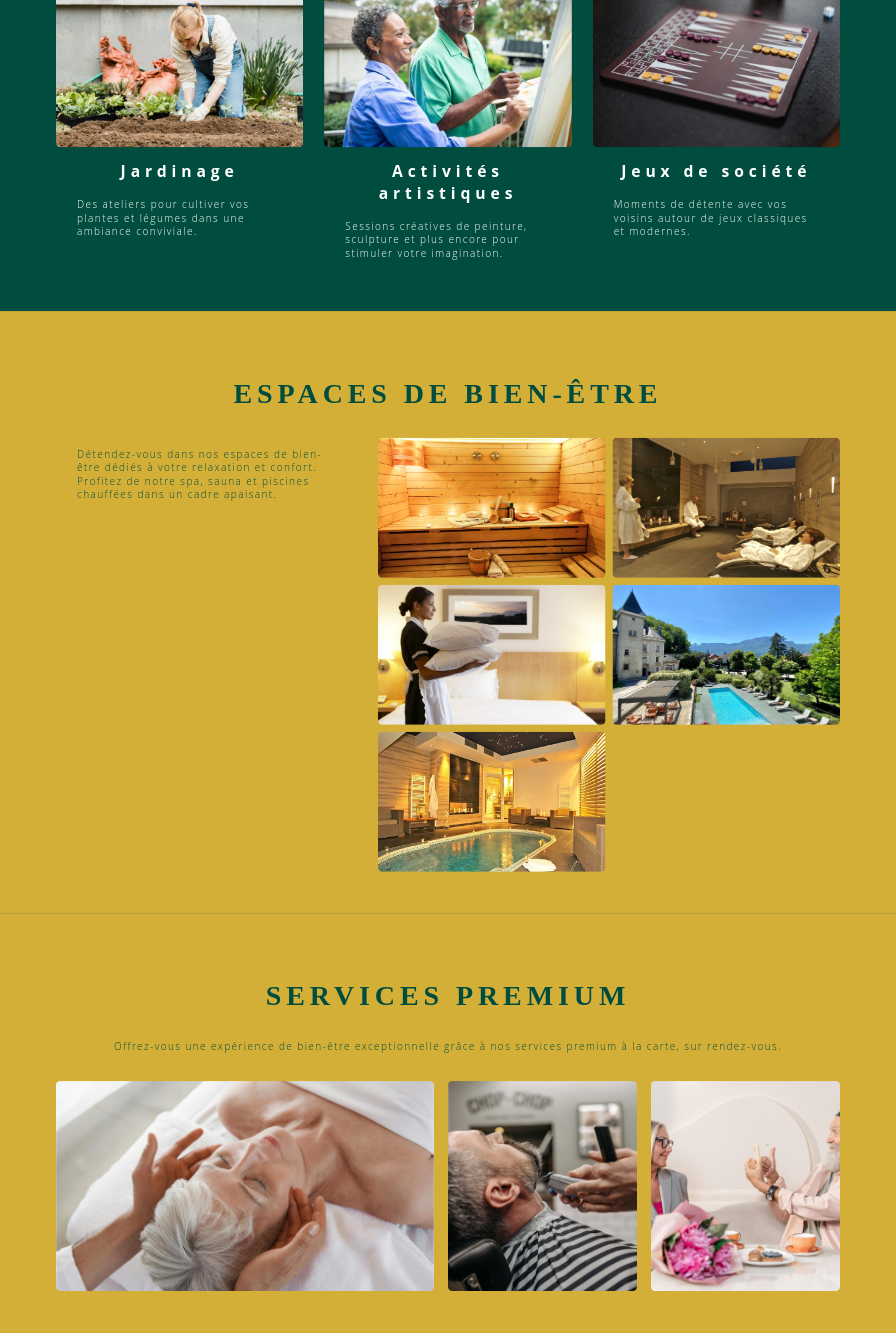
Repository: Rahimzeeeer/alteaaaa
Page: style.html
An editor plug-in stored every save of this project. The page is shown before and after the next save, followed by the edit.
The browser window is 1280 px wide. The pictures show the part of the page from y = 1759 to 3679 px (the page is 3663 px tall before and 3679 px after), at 70% of full size.

Above is the page before, as saved 2025-08-13 03:23:40.

After the next save:
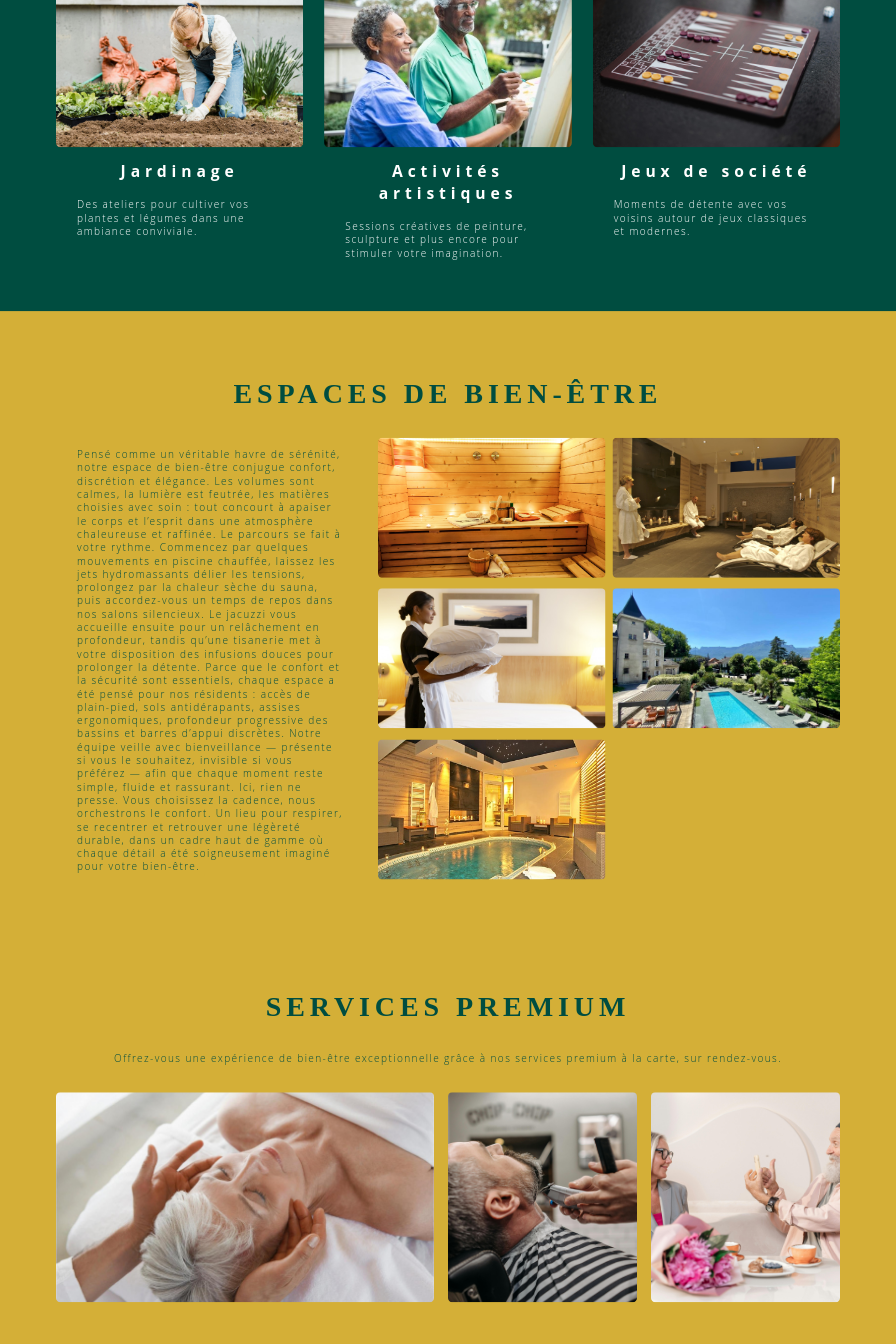
Saved 9 min 30 s later.
--- a/style.html
+++ b/style.html
@@ -80,7 +80,12 @@
     <h2 class="title serif">ESPACES DE BIEN-ÊTRE</h2>
     <div class="wellness-grid">
         <div class="text">
-            <p>Détendez-vous dans nos espaces de bien-être dédiés à votre relaxation et confort. Profitez de notre spa, sauna et piscines chauffées dans un cadre apaisant.</p>
+            <p>Pensé comme un véritable havre de sérénité, notre espace de bien-être conjugue confort, discrétion et élégance. Les volumes sont calmes, la lumière est feutrée, les matières choisies avec soin : tout concourt à apaiser le corps et l’esprit dans une atmosphère chaleureuse et raffinée.
+Le parcours se fait à votre rythme. Commencez par quelques mouvements en piscine chauffée, laissez les jets hydromassants délier les tensions, prolongez par la chaleur sèche du sauna, puis accordez-vous un temps de repos dans nos salons silencieux. Le jacuzzi vous accueille ensuite pour un relâchement en profondeur, tandis qu’une tisanerie met à votre disposition des infusions douces pour prolonger la détente.
+
+Parce que le confort et la sécurité sont essentiels, chaque espace a été pensé pour nos résidents : accès de plain-pied, sols antidérapants, assises ergonomiques, profondeur progressive des bassins et barres d’appui discrètes. Notre équipe veille avec bienveillance — présente si vous le souhaitez, invisible si vous préférez — afin que chaque moment reste simple, fluide et rassurant.
+
+Ici, rien ne presse. Vous choisissez la cadence, nous orchestrons le confort. Un lieu pour respirer, se recentrer et retrouver une légèreté durable, dans un cadre haut de gamme où chaque détail a été soigneusement imaginé pour votre bien-être.</p>
         </div>
         <div class="images">
             <img src="images/style/sauna.webp" alt="Sauna">
